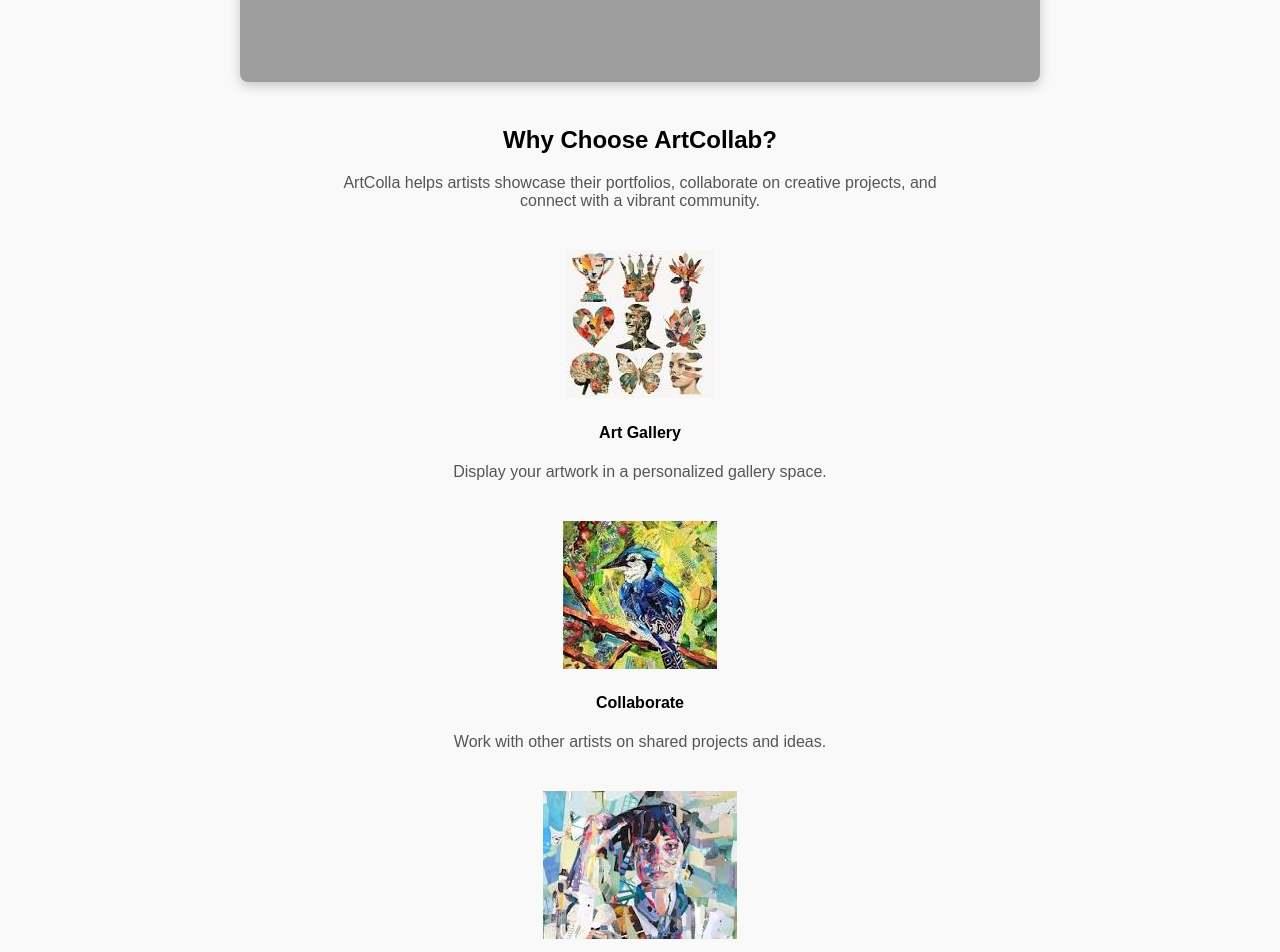
Repository: jeevanReddyP/ArtCollab_App
Page: index.html
An editor plug-in stored every save of this project. The page is shown before and after a run of saves, followed by the edit.
The browser window is 1280 px wide. The pictures show the part of the page from y = 416 to 1368 px (the page is 1763 px tall before and 1541 px after).
Pictures or frames that could not be fetched are drawn as grey boxes.

Above is the page before, as saved 2025-06-11 16:50:31.

### index.html
<!DOCTYPE html>
<html lang="en">
<head>
    <meta charset="UTF-8">
    <meta name="viewport" content="width=device-width, initial-scale=1.0">
    <title>Document</title>
    <link rel="stylesheet" href="index.css">
</head>
<body>
    <div id="navbar">
                 <h2>ArtColla</h2>
            <p>A platform for artists to connect and share their creativity</p>
            <div class="links">
            <a href="login.html">Log-In</a>
            <a href="signup.html">Sign-Up</a>
            </div>
    </div>
   <main id="home-page">
     <section class="intro-video">
  <h2>Discover ArtColla</h2>
  <iframe width="560" height="315"
          src="https://www.youtube.com/embed/BIj71N1tk-0"
          title="Discover ArtColla"
          frameborder="0"
          allow="accelerometer; autoplay; clipboard-write; encrypted-media; gyroscope; picture-in-picture; web-share"
          allowfullscreen>
  </iframe>
</section>
<section class="app-details">
<h3>Why Choose ArtCollab?</h3>
 <p>ArtColla helps artists showcase their portfolios, collaborate on creative projects, and connect with a vibrant community.</p>

  <div class="features">
      <div class="feature">
        <img src="data:[embedded picture, 9487 characters]" alt="Gallery Feature">
        <h4>Art Gallery</h4>
        <p>Display your artwork in a personalized gallery space.</p>
      </div>

      <div class="feature">
        <img src="data:[embedded picture, 12939 characters]" alt="Collaboration Feature">
        <h4>Collaborate</h4>
        <p>Work with other artists on shared projects and ideas.</p>
      </div>

      <div class="feature">
        <img src="data:[embedded picture, 12347 characters]" alt="Community Feature">
        <h4>Community</h4>
        <p>Engage in discussions, share feedback, and grow together.</p>
      </div>
    </div>
</section>
<section class="discription">
<p>
   <h3> 🌟 Key Uses of ArtColla</h3>
<p>Portfolio Management: Showcase your art in a professional gallery format.</p>
<p>Creative Networking: Connect with other artists and creatives around the world.</p>
<p>Collaborative Projects: Work together with others on shared art pieces or campaigns.</p>
<p>Inspiration Hub: Discover trending artwork and get inspired by diverse styles.</p>
<p>Skill Growth: Learn new techniques, get feedback, and improve through community support.</p>
<p>Exposure: Increase your visibility as an artist and grow your fan base.</p>
</section>
  </main>
</body>
</html>

### index.css
body{
  margin: 0%;
  font-family: sans-serif;
}
#navbar{
background-color:#222;
color: white;
display: flex;
padding: 20px;
justify-content: space-between;
align-items: center;
flex-wrap: wrap;
}
#navbar h2{
   margin: 0;
   font-size: 24px;
}
#navbar p{
    margin: 5px 0 0 0;
    font-size: 14px;
    color: #ccc;
}
.links a{
margin-left: 20px;
text-decoration: none;
color: white;
background-color: #444;
padding: 8px 12px;
border-radius: 4px;
transition: backgroun-color 0.3s;
}
.nav-links a:hover {
  background-color: #666;
}
#home-page{
    padding: 40px;
    background-color: #f9f9f9;
}
.intro-video {
  text-align: center;
  margin-bottom: 40px;
}
.intro-video h2 {
  font-size: 28px;
  margin-bottom: 20px;
}
.intro-video iframe {
  width: 90%;
  max-width: 800px;
  border-radius: 8px;
  box-shadow: 0 4px 12px rgba(0,0,0,0.2);
}

.app-details{
    text-align: center;
}
.app-details h3{
    font-size: 24px;
    margin-bottom: 20px;
}
.app-details p{
     max-width: 600px;
  margin: 0 auto 40px auto;
  color: #555;
  font-size: 16px;
}

After the next 2 saves:
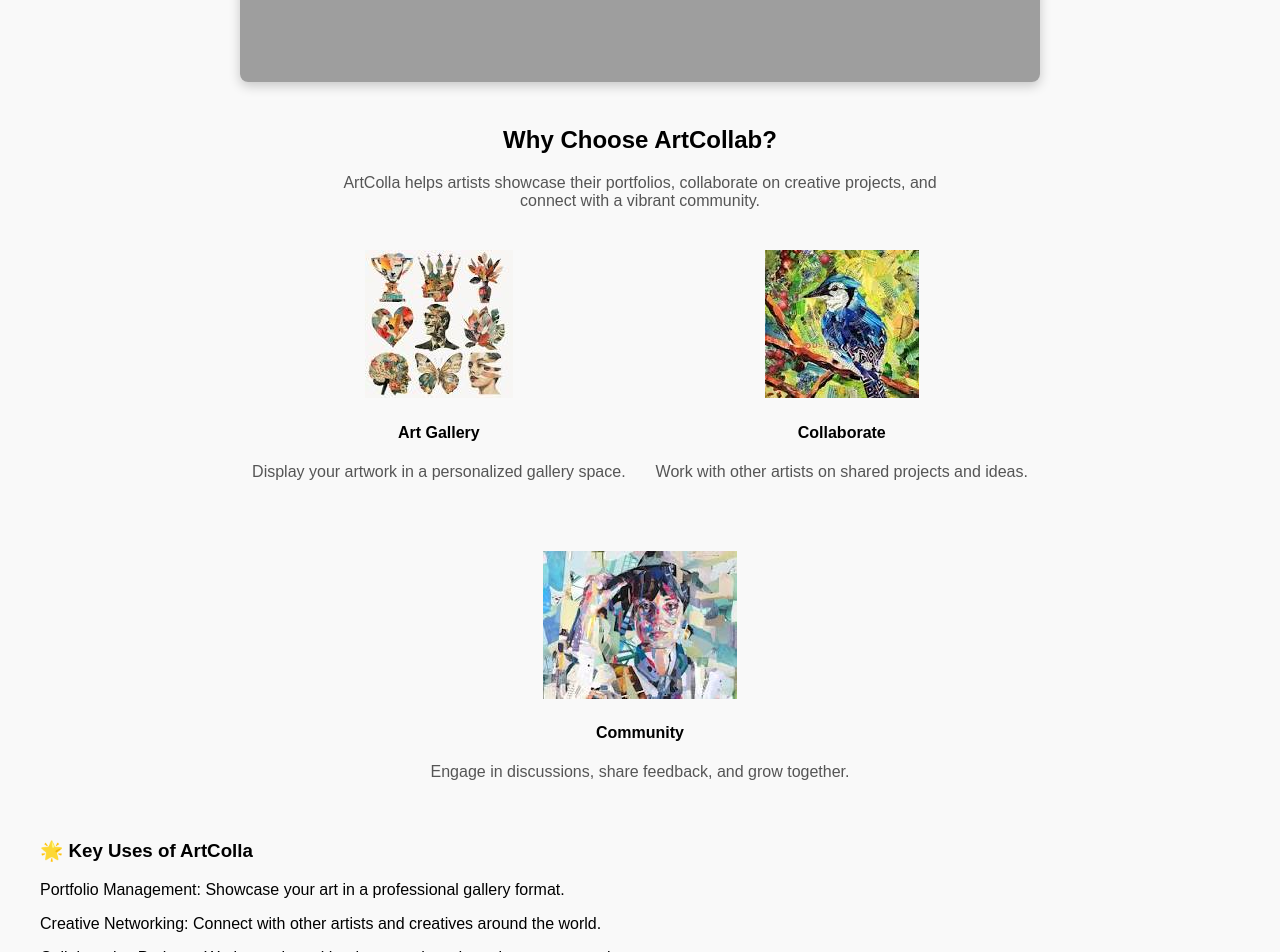
The 2 saves are shown as one change because they came seconds apart.
The last was saved 20 s later.
--- a/index.css
+++ b/index.css
@@ -64,3 +64,9 @@ transition: backgroun-color 0.3s;
   color: #555;
   font-size: 16px;
 }
+.features {
+  display: flex;
+  flex-wrap: wrap;
+  justify-content: center;
+  gap: 30px;
+}
